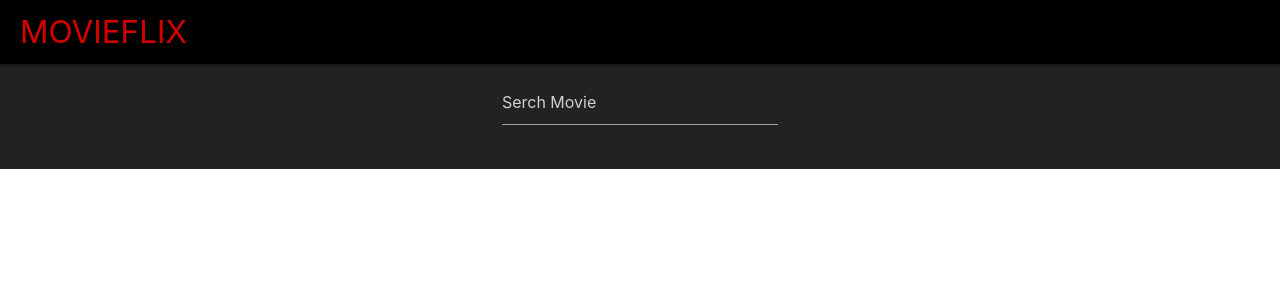
Repository: Reiya-1003/React-Ts-Node-App
Page: /
The author's editor kept a copy of each file at every save. The page is drawn from the files as they stood at one save, then again after the next save.
The browser window is 1280 px wide. The pictures show the whole page.
The page's requests for data from a server got no answer. The project was rebuilt for these pictures with package versions that can differ from the ones it lists, and the page was loaded fresh each time. A package was used in the major version that the imports need, not the one package.json lists. No one was signed in, and anything a server would have sent is missing. Also part of the build but not shown: src/Styles.module.css, src/components/Detail.tsx.

Above is the page before, as saved 2021-11-18 11:47:18.

After the next save:
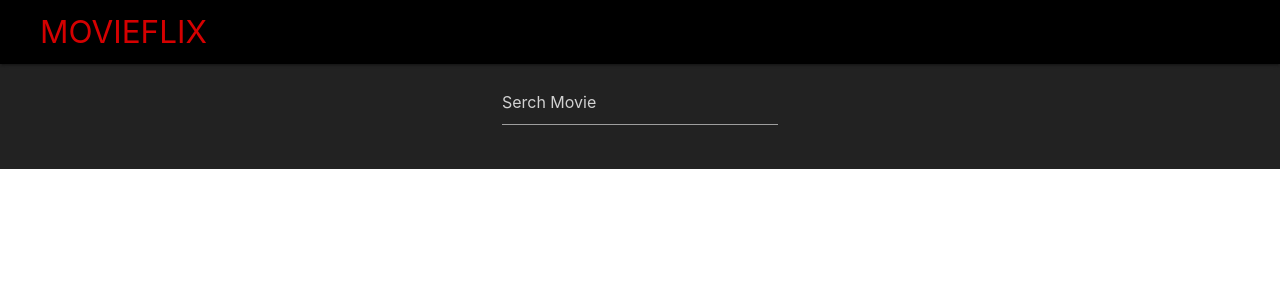
Saved 6 s later.
--- a/src/components/Nav.tsx
+++ b/src/components/Nav.tsx
@@ -7,7 +7,7 @@ const Nav = () => {
       <span>
         <span
           className=".nav-wrapper container"
-          style={{ position: "absolute", left: 20 }}
+          style={{ position: "absolute", left: 40 }}
         >
           <a href="" className="brand-logo">
             <div className="red-text text-accent-4">MOVIEFLIX</div>
